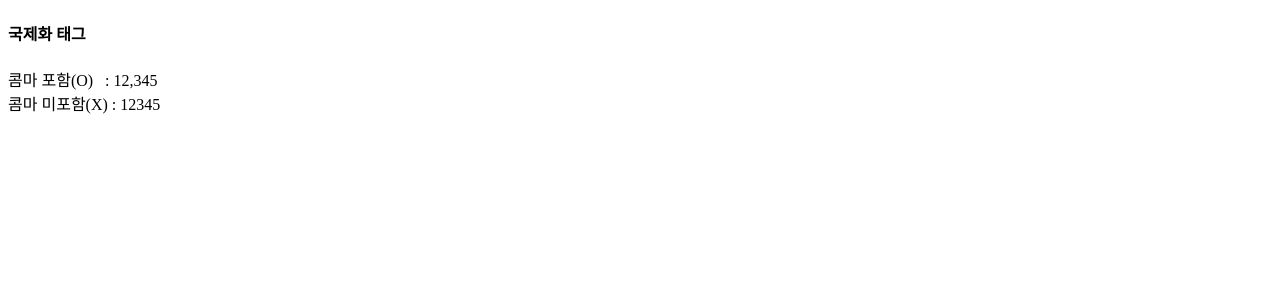
Repository: parkho96/testnum2
Page: http://localhost/jspstudy/11JSTL/Formatting.jsp
These files come from the project's save history. The page is drawn as it stood at one moment and after the next save; the edit follows.
The browser window is 1280 px wide. The pictures show the whole page.
The page is served by Tomcat 9.

Above is the page before, as saved 2023-04-10 06:42:07.

After the next save:
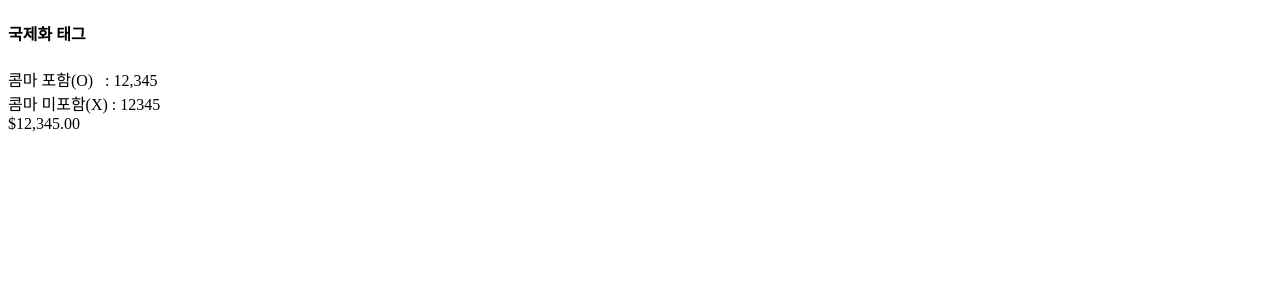
Saved 119 s later.
--- a/workjsp/jspstudy/src/main/webapp/11JSTL/Formatting.jsp
+++ b/workjsp/jspstudy/src/main/webapp/11JSTL/Formatting.jsp
@@ -13,6 +13,6 @@
 	<c:set var="number1" value="12345"/>
 	콤마 포함(O)&nbsp;&nbsp; : <fmt:formatNumber value="${number1}"/><br>
 	콤마 미포함(X) : <fmt:formatNumber value="${number1}" groupingUsed="false"/><br>
-
+	<fmt:formatNumber value="${number1}" type="currency"/>
 </body>
 </html>
